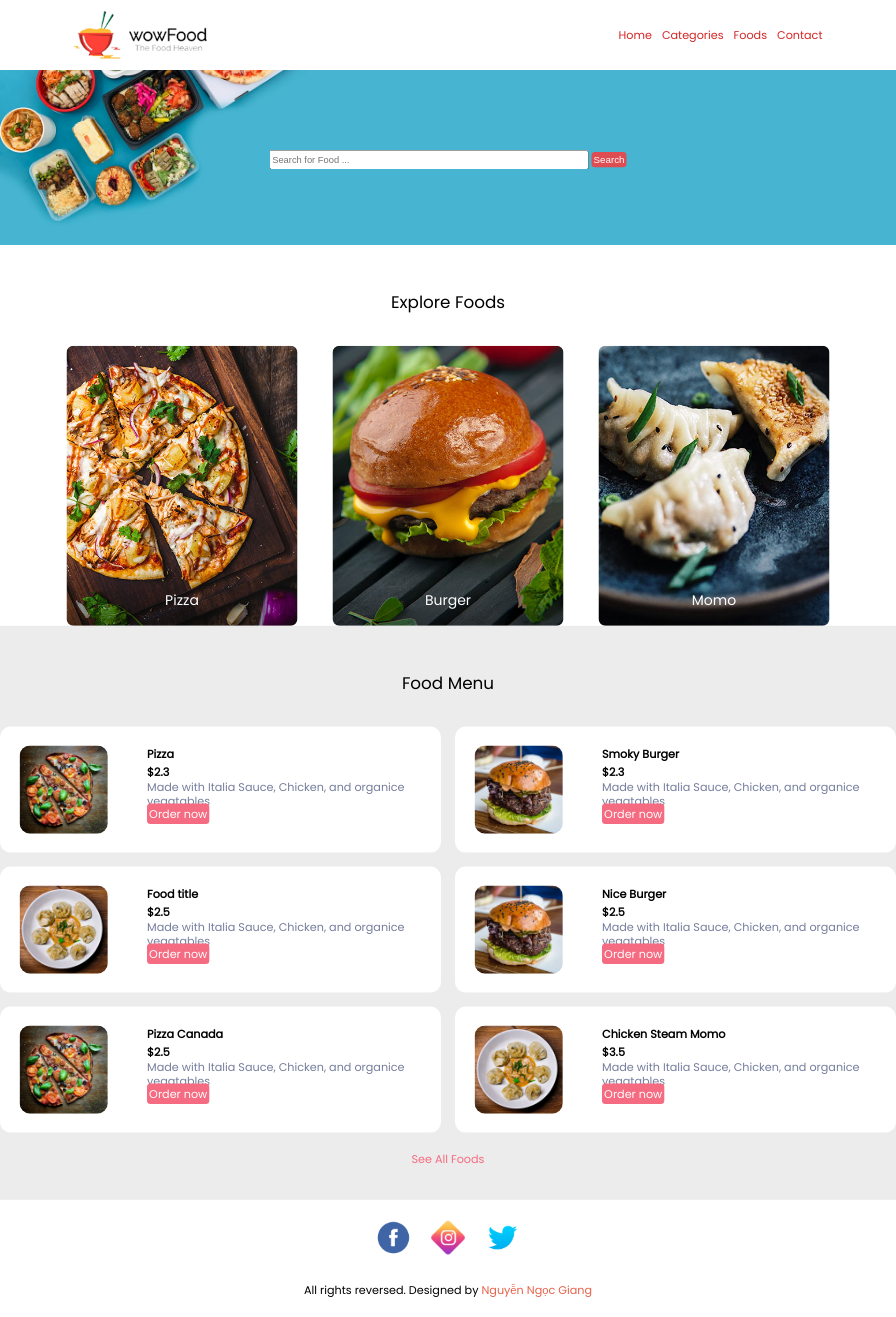
Repository: ruaruababa/WowFood
Page: index.html
The author's editor kept a copy of each file at every save. The page is drawn from the files as they stood at one save, then again after the next save.
The browser window is 1280 px wide. The pictures show the whole page, at 70% of full size.

Above is the page before, as saved 2021-09-18 11:18:26.

### index.html
<!DOCTYPE html>
<html lang="en">

<head>
    <meta charset="UTF-8" />
    <meta http-equiv="X-UA-Compatible" content="IE=edge" />
    <meta name="viewport" content="width=device-width, initial-scale=1.0" />
    <title>Document</title>
    <link rel="stylesheet" href="./style.css" />
    <link rel="stylesheet" href="./reset.css" />
    <link rel="preconnect" href="https://fonts.googleapis.com" />
    <link rel="preconnect" href="https://fonts.gstatic.com" crossorigin />
    <link href="https://fonts.googleapis.com/css2?family=Poppins:wght@400&display=swap" rel="stylesheet" />
</head>

<body>
    <header>
        <div class="container-header">
            <div class="header-left">
                <img src="./img/logo.png" alt="" />
            </div>
            <div class="header-right">
                <ul class="nav">
                    <li class="item"><a href="">Home</a></li>
                    <li class="item"><a href="">Categories</a></li>
                    <li class="item"><a href="">Foods</a></li>
                    <li class="item"><a href="">Contact</a></li>
                </ul>
            </div>
        </div>
    </header>
    <nav>
        <div class="container-nav">
            <div class="background-search">
                <img src="./img/bg.jpg" alt="bgr-search" />
            </div>
            <div class="form">
                <input type="text" placeholder="Search for Food ..." class="input-search" />
                <!-- <button class="btn-search">Search</button> -->
                <input type="button" value="Search" class="btn-search" />
            </div>
        </div>
    </nav>
    <section>
        <div class="container-section">
            <div class="explore-food">Explore Foods</div>
            <div class="collection-food">
                <ul class="list-food">
                    <li class="item"><img src="./img/pizza.jpg" alt="" /><span>Pizza</span></li>
                    <li class="item"><img src="./img/burger.jpg" alt="" /><span>Burger</span></li>
                    <li class="item"><img src="./img/momo.jpg" alt="" /><span>Momo</span></li>
                </ul>
            </div>
        </div>
    </section>
    <article>
        <div class="container-article">
            <div class="title-food-menu">Food Menu</div>
            <div class="container-menu">
                <div class="container-item">
                    <img src="./img/menu-pizza.jpg" alt="" class="bgr-item" />
                    <div class="item-content">
                        <h6 class="title-item">Pizza</h6>
                        <span class="price-item">$2.3</span>
                        <p class="des-item">
                            Made with Italia Sauce, Chicken, and organice vegatables
                        </p>
                        <a href="" class="oder-item">Order now</a>
                    </div>
                </div>
                <div class="container-item">
                    <img src="./img/menu-burger.jpg" alt="" class="bgr-item" />
                    <div class="item-content">
                        <h6 class="title-item">Smoky Burger</h6>
                        <span class="price-item">$2.3</span>
                        <p class="des-item">
                            Made with Italia Sauce, Chicken, and organice vegatables
                        </p>
                        <a href="" class="oder-item">Order now</a>
                    </div>
                </div>
                <div class="container-item">
                    <img src="./img/menu-momo.jpg" alt="" class="bgr-item" />
                    <div class="item-content">
                        <h6 class="title-item">Food title</h6>
                        <span class="price-item">$2.5</span>
                        <p class="des-item">
                            Made with Italia Sauce, Chicken, and organice vegatables
                        </p>
                        <a href="" class="oder-item">Order now</a>
                    </div>
                </div>
                <div class="container-item">
                    <img src="./img/menu-burger.jpg" alt="" class="bgr-item" />
                    <div class="item-content">
                        <h6 class="title-item">Nice Burger</h6>
                        <span class="price-item">$2.5</span>
                        <p class="des-item">
                            Made with Italia Sauce, Chicken, and organice vegatables
                        </p>
                        <a href="" class="oder-item">Order now</a>
                    </div>
                </div>
                <div class="container-item">
                    <img src="./img/menu-pizza.jpg" alt="" class="bgr-item" />
                    <div class="item-content">
                        <h6 class="title-item">Pizza Canada</h6>
                        <span class="price-item">$2.5</span>
                        <p class="des-item">
                            Made with Italia Sauce, Chicken, and organice vegatables
                        </p>
                        <a href="" class="oder-item">Order now</a>
                    </div>
                </div>
                <div class="container-item">
                    <img src="./img/menu-momo.jpg" alt="" class="bgr-item" />
                    <div class="item-content">
                        <h6 class="title-item">Chicken Steam Momo</h6>
                        <span class="price-item">$3.5</span>
                        <p class="des-item">
                            Made with Italia Sauce, Chicken, and organice vegatables
                        </p>
                        <a href="" class="oder-item">Order now</a>
                    </div>
                </div>
            </div>
            <div class="footer-food-menu">
                <a href="#" class="see-all-foods">See All Foods</a>
            </div>
        </div>
    </article>
    <footer>
        <div class="container-footer">
            <div class="social-network-icon">
                <div class="icon-fb">
                    <a href="https://www.facebook.com/WowFoodPage"><img src="./img/facebook_icon-icons.com_59205.png"
                            alt="" /></a>
                </div>
                <div class="icon-insta">
                    <a href="https://www.instagram.com/wowfoodrus/"><img src="./img/intsa-icon.png" alt="" /></a>
                </div>
                <div class="icon-twitter">
                    <a href="https://twitter.com/WOWFoodPics"><img src="./img/twitter_socialnetwork_20007.png"
                            alt="" /></a>
                </div>
            </div>
            <div class="license">
                <p>
                    All rights reversed. Designed by <a href="">Nguyễn Ngọc Giang</a>
                </p>
            </div>
        </div>
    </footer>
</body>

</html>

### style.css
.container-header {
    display: flex;
    justify-content: space-between;
    align-items: center;
    margin-top: 15px;
    width: 100%;
}

.header-left {
    display: flex;
    margin-left: 100px;
}

.header-left img {}

.name-brand {
    margin-top: 50%;
}

.header-right {
    font-family: "Poppins", sans-serif;
    margin-right: 100px;
}

.nav {
    list-style: none;
}

.nav li {
    display: inline;
    padding-left: 10px;
    transition: .2s all;
    padding: 5px;
}

.nav li a {
    text-decoration: none;
    color: rgb(211, 38, 38);
}

.nav:hover .item {
    filter: blur(3px);
    opacity: .5;
    transform: scale(.98);
    box-shadow: none;
}

.nav:hover .item:hover {
    transform: scale(1);
    filter: blur(0px);
    opacity: 1;
    box-shadow: 0 8px 20px 0px rgba(0, 0, 0, 0.125);
    border-radius: 5px;
}


nav {
    position: relative;
    max-width: 100%;
    max-height: 100%;
    height: 250px;
}

.container-nav {
    text-align: center;
    margin-top: 15px;
}

.background-search {
    height: 250px;
}

.background-search img {
    height: inherit;
    width: 100%;
    object-fit: cover;
}

.form {
    width: 100%;
    position: absolute;
    top: 50%;
    left: 50%;
    transform: translate(-50%, -50%);
    height: 22px;
}

.input-search {
    width: 35%;
    height: inherit;
}

.btn-search {
    background-color: rgba(250, 59, 59, 0.849);
    border: none;
    border-radius: 5px;
    font-size: 14px;
    color: white;
    cursor: pointer;
    padding: 3px;
}

section {
    position: relative;
}

.explore-food {
    padding-top: 70px;
    text-align: center;
    font-size: 24px;
    font-family: "Poppins", sans-serif;
}

.list-food {
    margin-top: 50px;
    display: flex;
    justify-content: center;
    column-gap: 50px;
}

.list-food li {
    width: 330px;
    height: 400px;
    transition: .2s all;
}

.list-food li:hover {
    transform: scale(1.1);
}

.list-food li img {
    width: 100%;
    height: 100%;
    object-fit: cover;
    border-radius: 10px;
}

.list-food li span {
    font-family: "Poppins", sans-serif;
    display: block;
    font-size: 20px;
    text-align: center;
    color: #ffffff;
    margin-top: -50px;
}

article {
    background-color: #ececec;
}

.title-food-menu {
    padding-top: 70px;
    font-size: 24px;
    text-align: center;
    font-family: "Poppins", sans-serif;
}

.container-menu {
    padding-top: 50px;
    display: grid;
    grid-gap: 20px;
    grid-template-columns: repeat(auto-fit, minmax(550px, 1fr));
    grid-auto-rows: 180px;
    justify-items: center;
    font-family: "Poppins", sans-serif;
}

.container-item:nth-child(odd) {
    justify-self: end;
}

.container-item:nth-child(even) {
    justify-self: start;
}

.container-item {
    background-color: #ffffff;
    display: flex;
    align-items: center;
    border-radius: 15px;
}

.container-item img {
    width: 25%;
    height: 70%;
    object-fit: cover;
    border-radius: 15px;
    margin: 0 28px;
}

.container-item .item-content {
    width: 100%;
    height: 70%;
    object-fit: cover;
    border-radius: 15px;
    margin: 0 28px;
}

.item-content {
    display: inline-block;
}

.title-item {
    font-size: 16px;
    font-weight: bold;
    line-height: 25px;
}

.price-item {
    line-height: 25px;
    font-weight: bold;
}

.des-item {
    line-height: 20px;
    color: #747d9c;
}

.oder-item {
    text-decoration: none;
    background-color: #f56b81;
    color: white;
    border-radius: 5px;
    padding: 3px;
}

.footer-food-menu {
    margin-top: 30px;
}

.see-all-foods {
    display: block;
    text-align: center;
    text-decoration: none;
    color: #f56b81;
    padding-bottom: 50px;
    font-family: "Poppins", sans-serif;
    transition: .2s all;
}

.see-all-foods:hover{
    text-decoration: underline;
    transform: scale(1.1);
}

.social-network-icon {
    display: flex;
    justify-content: center;
    margin-top: 30px;
}

.icon-insta {
    margin: 0 30px;
}

.license {
    margin-top: 40px;
    margin-bottom: 30px;
    font-family: "Poppins", sans-serif;
}

.license p {
    text-align: center;
}

.license p a {
    text-decoration: none;
    color: #e7614a;
}

Loaded but not shown: reset.css (common file)

After the next save:
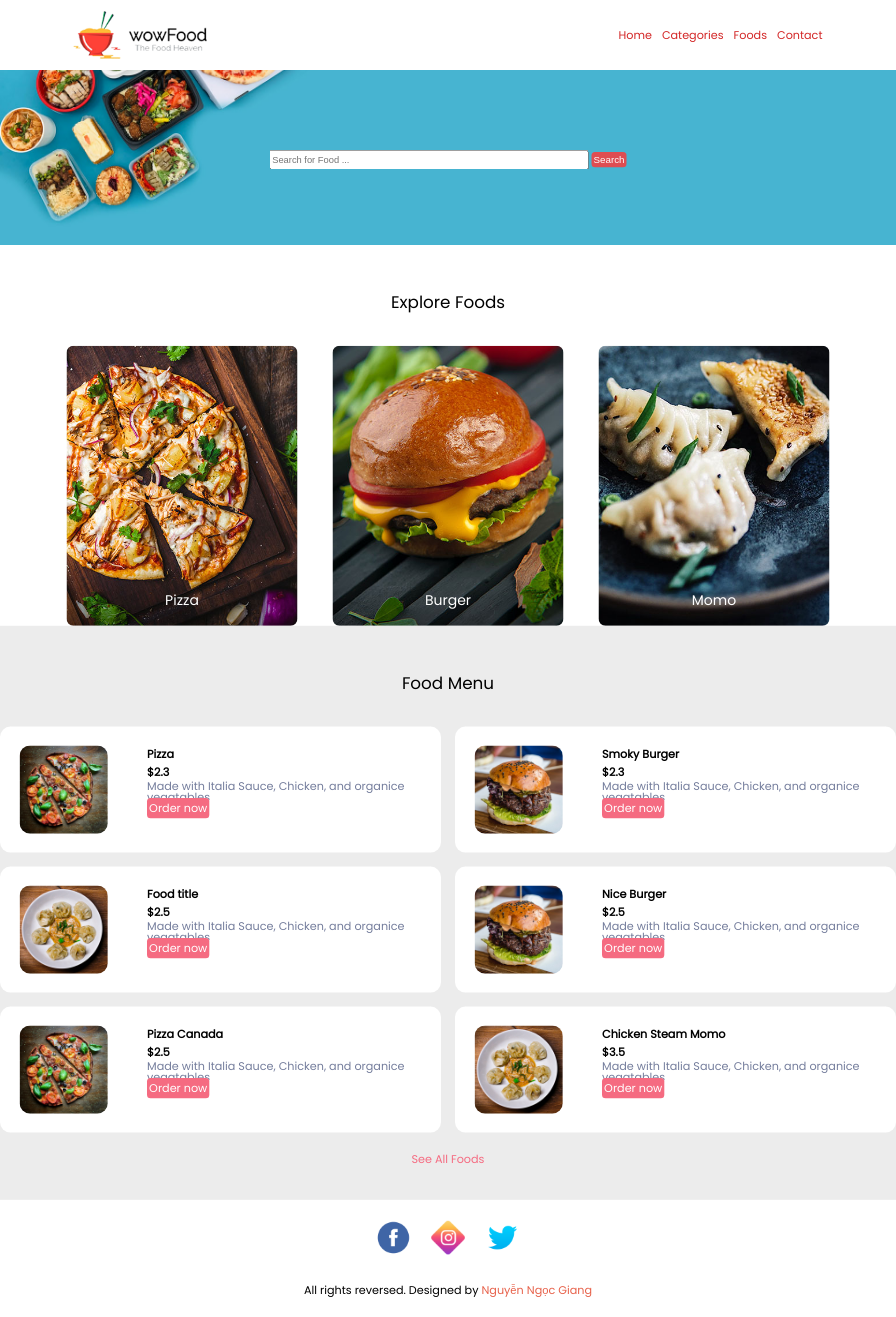
Saved 118 s later.
--- a/style.css
+++ b/style.css
@@ -212,6 +212,7 @@
 }
 
 .des-item {
+    f
     line-height: 20px;
     color: #747d9c;
 }

After the save that followed:
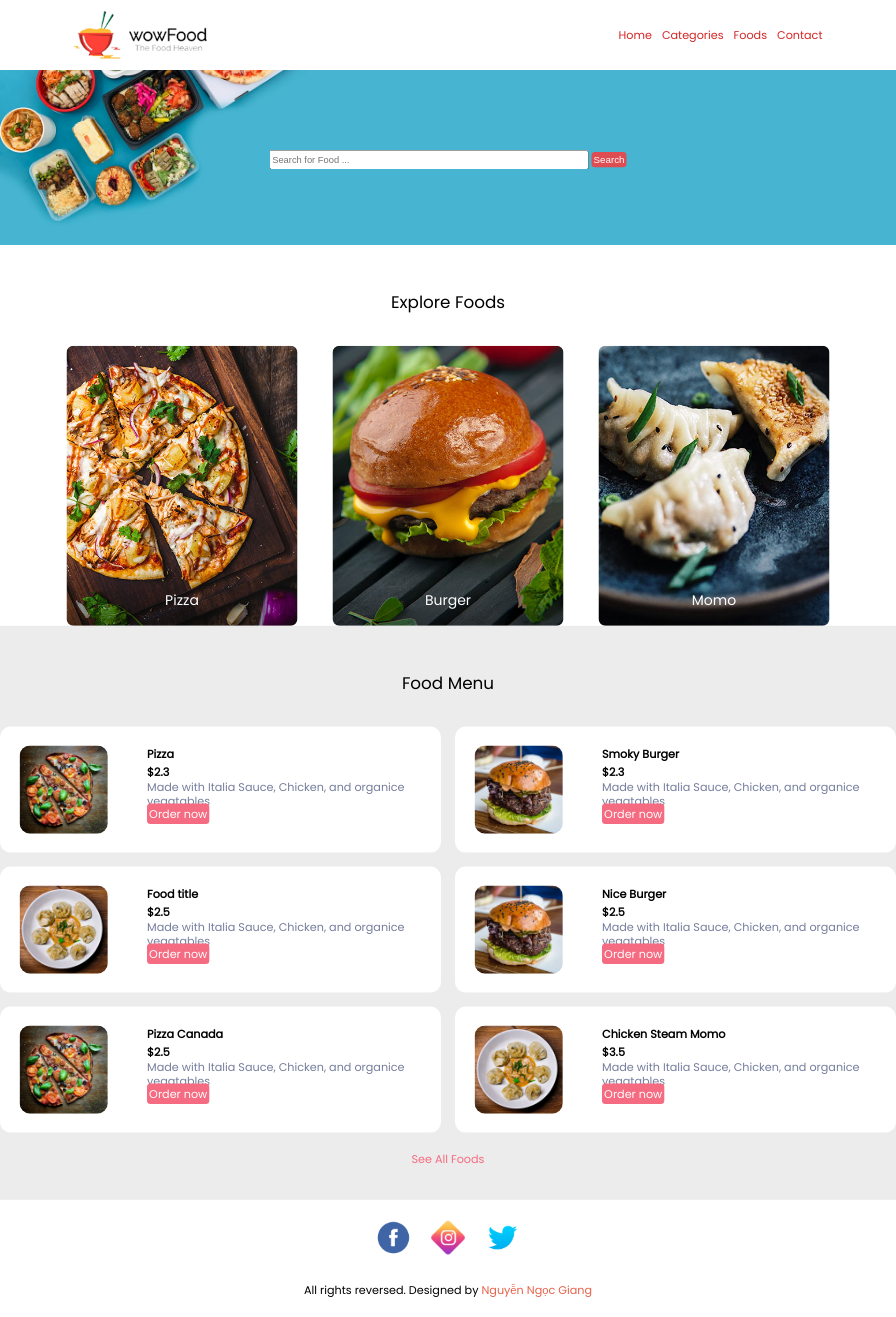
Saved 5 s later.
--- a/style.css
+++ b/style.css
@@ -212,7 +212,7 @@
 }
 
 .des-item {
-    f
+    font-size: 14o;
     line-height: 20px;
     color: #747d9c;
 }
